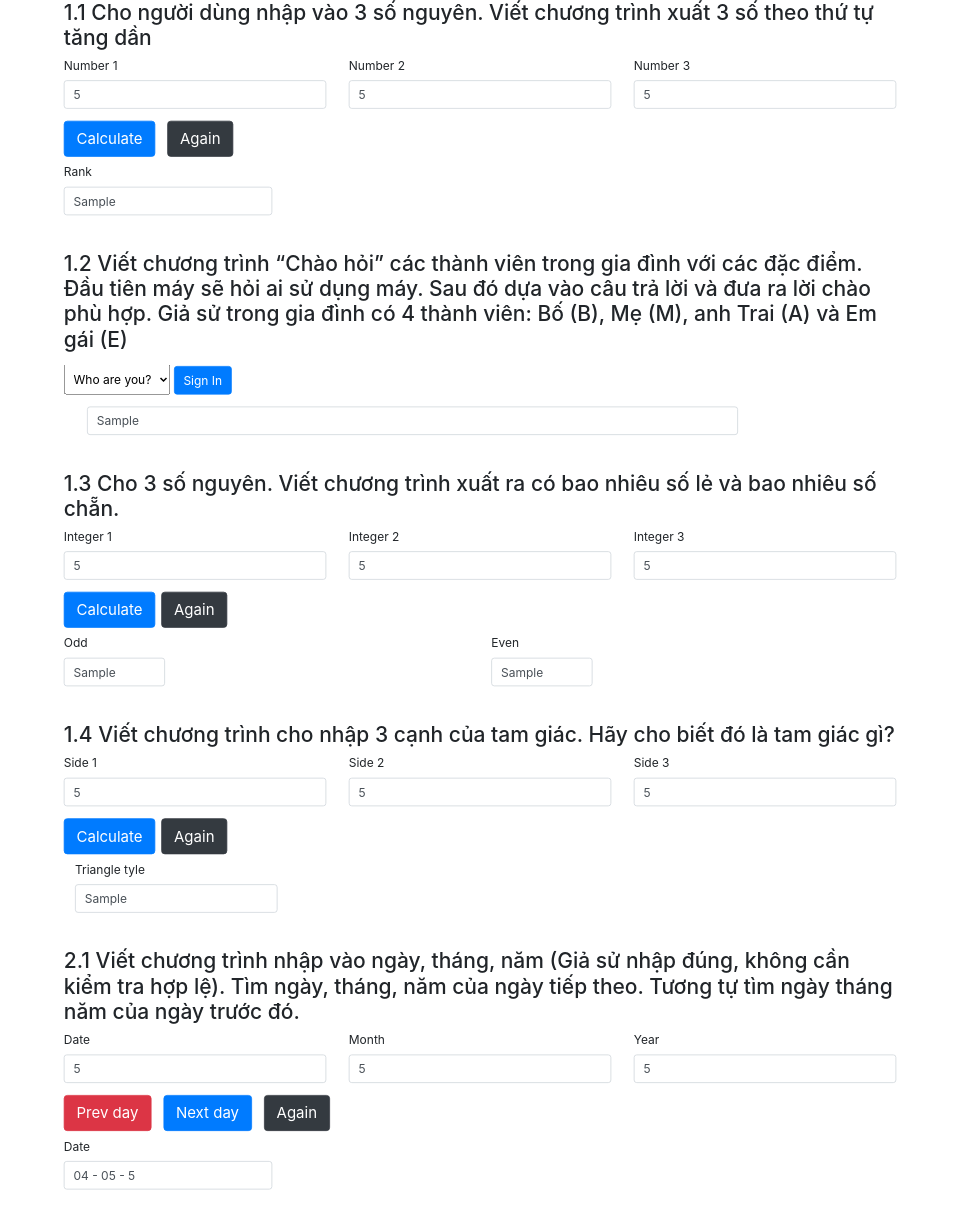
Repository: baobaodeveloper/bootscamp21__jsbasic__HuynhAnhBao
Page: index.html
The author's editor kept a copy of each file at every save. The page is drawn from the files as they stood at one save, then again after the next save.
The browser window is 1280 px wide. The pictures show the whole page, at 75% of full size.
Empty fields were first filled with sample values (such as "Sample", 5 or name@example.com).
After loading, the first visible `button.btn-danger` was clicked once.

Above is the page before, as saved 2022-03-10 22:56:53.

### index.html
<!DOCTYPE html>
<html lang="en">
  <head>
    <title>javaScript basic</title>
    <!-- Required meta tags -->
    <meta charset="utf-8" />
    <meta
      name="viewport"
      content="width=device-width, initial-scale=1, shrink-to-fit=no"
    />

    <!-- Bootstrap CSS -->
    <link
      rel="stylesheet"
      href="https://stackpath.bootstrapcdn.com/bootstrap/4.3.1/css/bootstrap.min.css"
      integrity="sha384-ggOyR0iXCbMQv3Xipma34MD+dH/1fQ784/j6cY/iJTQUOhcWr7x9JvoRxT2MZw1T"
      crossorigin="anonymous"
    />
  </head>
  <body>
    <!-- Cho người dùng nhập vào 3 số nguyên. Viết chương trình xuất 3 số theo thứ tự tăng dần -->
    <div class="container mb-xl-5">
      <h3>
        1.1 Cho người dùng nhập vào 3 số nguyên. Viết chương trình xuất 3 số
        theo thứ tự tăng dần
      </h3>

      <div class="row">
        <div class="col">
          <label class="form-label">Number 1</label>
          <input
            type="number"
            class="form-control num1"
            placeholder="Enter number 1"
          />
        </div>
        <div class="col">
          <label class="form-label">Number 2</label>
          <input
            type="number"
            class="form-control num2"
            placeholder="Enter number 2"
          />
        </div>
        <div class="col">
          <label class="form-label">Number 3</label>
          <input
            type="number"
            class="form-control num3"
            placeholder="Enter number 3"
          />
        </div>
      </div>

      <div class="d-flex">
        <button
          type="button "
          class="btn btn-primary btn-lg mt-3 mb-2 btn-rank mr-3"
        >
          Calculate
        </button>

        <button
          type="button "
          class="btn btn-dark btn-lg mt-3 mb-2 btn-again-rank"
        >
          Again
        </button>
      </div>

      <div class="mt-3 m-auto">
        <label class="form-label">Rank</label>
        <input type="text" class="form-control w-25 result1" />
      </div>
    </div>

    <!-- Viết chương trình “Chào hỏi” các thành viên trong gia đình với các đặc điểm. Đầu tiên máy
    sẽ hỏi ai sử dụng máy. Sau đó dựa vào câu trả lời và đưa ra lời chào phù hợp. Giả sử trong
    gia đình có 4 thành viên: Bố (B), Mẹ (M), anh Trai (A) và Em gái (E) -->
    <div class="container mb-5">
      <h3 class="mb-3">
        1.2 Viết chương trình “Chào hỏi” các thành viên trong gia đình với các
        đặc điểm. Đầu tiên máy sẽ hỏi ai sử dụng máy. Sau đó dựa vào câu trả lời
        và đưa ra lời chào phù hợp. Giả sử trong gia đình có 4 thành viên: Bố
        (B), Mẹ (M), anh Trai (A) và Em gái (E)
      </h3>

      <select class="form-select p-2" aria-label="Default select example">
        <option selected>Who are you?</option>
        <option value="M">M</option>
        <option value="B">B</option>
        <option value="A">A</option>
        <option value="E">E</option>
      </select>

      <button type="button" class="btn btn-primary btn-sign-in">Sign In</button>

      <div class="m-3 row">
        <div class="col-sm-10">
          <input
            type="text"
            class="form-control output-sign-in"
            id="inputPassword"
          />
        </div>
      </div>
    </div>

    <!--  1.3 Cho 3 số nguyên. Viết chương trình xuất ra có bao nhiêu số lẻ và bao nhiêu số chẵn.-->
    <div class="container mb-xl-5">
      <h3>
        1.3 Cho 3 số nguyên. Viết chương trình xuất ra có bao nhiêu số lẻ và bao
        nhiêu số chẵn.
      </h3>

      <div class="row">
        <div class="col">
          <label class="form-label">Integer 1</label>
          <input
            type="number"
            class="form-control integer1"
            placeholder="Enter integer 1"
          />
        </div>
        <div class="col">
          <label class="form-label">Integer 2</label>
          <input
            type="number"
            class="form-control integer2"
            placeholder="Enter integer 2"
          />
        </div>
        <div class="col">
          <label class="form-label">Integer 3</label>
          <input
            type="number"
            class="form-control integer3"
            placeholder="Enter integer 3"
          />
        </div>
      </div>

      <div class="d-flex">
        <button
          type="button"
          class="btn btn-primary btn-lg mt-3 mb-2 btn-integer mr-2"
        >
          Calculate
        </button>

        <button
          type="button "
          class="btn btn-light btn-lg mt-3 mb-2 btn-dark btn-again-integer"
        >
          Again
        </button>
      </div>

      <div class="row">
        <div class="mt-3 m-auto col">
          <label class="form-label">Odd</label>
          <input type="text" class="form-control w-25 outputOdd" />
        </div>
        <div class="mt-3 m-auto col">
          <label class="form-label">Even</label>
          <input type="text" class="form-control w-25 outputEven" />
        </div>
      </div>
    </div>

    <!--Viết chương trình cho nhập 3 cạnh của tam giác. Hãy cho biết đó là tam giác gì?-->

    <div class="container mb-xl-5">
      <h3>
        1.4 Viết chương trình cho nhập 3 cạnh của tam giác. Hãy cho biết đó là
        tam giác gì?
      </h3>

      <div class="row">
        <div class="col">
          <label class="form-label">Side 1</label>
          <input
            type="number"
            class="form-control side1"
            placeholder="Enter side 1"
          />
        </div>
        <div class="col">
          <label class="form-label">Side 2</label>
          <input
            type="number"
            class="form-control side2"
            placeholder="Enter side 2"
          />
        </div>
        <div class="col">
          <label class="form-label">Side 3</label>
          <input
            type="number"
            class="form-control side3"
            placeholder="Enter side 3"
          />
        </div>
      </div>

      <div class="d-flex">
        <button
          type="button"
          class="btn btn-primary btn-lg mt-3 mb-2 mr-2 btn-triangle"
        >
          Calculate
        </button>

        <button
          type="button "
          class="btn btn-light btn-lg mt-3 mb-2 btn-dark btn-again-triangle"
        >
          Again
        </button>
      </div>

      <div class="mt-3 m-auto col">
        <label class="form-label">Triangle tyle</label>
        <input type="text" class="form-control w-25 triangle-type" />
      </div>
    </div>

    <!--Viết chương trình nhập vào ngày, tháng, năm (Giả sử nhập đúng, không cần kiểm tra hợp
  lệ). Tìm ngày, tháng, năm của ngày tiếp theo. Tương tự tìm ngày tháng năm của ngày trước
  đó.  -->

    <div class="container mb-xl-5">
      <h3>
        2.1 Viết chương trình nhập vào ngày, tháng, năm (Giả sử nhập đúng, không
        cần kiểm tra hợp lệ). Tìm ngày, tháng, năm của ngày tiếp theo. Tương tự
        tìm ngày tháng năm của ngày trước đó.
      </h3>

      <div class="row">
        <div class="col">
          <label class="form-label">Date</label>
          <input
            type="number"
            class="form-control date"
            placeholder="Enter date"
          />
        </div>
        <div class="col">
          <label class="form-label">Month</label>
          <input
            type="number"
            class="form-control month"
            placeholder="Enter month"
          />
        </div>
        <div class="col">
          <label class="form-label">Year</label>
          <input
            type="number"
            class="form-control year"
            placeholder="Enter year"
          />
        </div>
      </div>

      <div class="d-flex">
        <button
          type="button "
          class="btn btn-danger btn-lg mt-3 mb-2 btn-prev mr-3"
        >
          Prev day
        </button>
        <button
          type="button "
          class="btn btn-primary btn-lg mt-3 mb-2 btn-next mr-3"
        >
          Next day
        </button>

        <button
          type="button "
          class="btn btn-dark btn-lg mt-3 mb-2 btn-again-date"
        >
          Again
        </button>
      </div>

      <div class="mt-3 m-auto">
        <label class="form-label">Date</label>
        <input type="text" class="form-control w-25 date-text" />
      </div>
    </div>

    <!-- Optional JavaScript -->
    <!-- jQuery first, then Popper.js, then Bootstrap JS -->
    <script
      src="https://code.jquery.com/jquery-3.3.1.slim.min.js"
      integrity="sha384-q8i/X+965DzO0rT7abK41JStQIAqVgRVzpbzo5smXKp4YfRvH+8abtTE1Pi6jizo"
      crossorigin="anonymous"
    ></script>
    <script
      src="https://cdnjs.cloudflare.com/ajax/libs/popper.js/1.14.7/umd/popper.min.js"
      integrity="sha384-UO2eT0CpHqdSJQ6hJty5KVphtPhzWj9WO1clHTMGa3JDZwrnQq4sF86dIHNDz0W1"
      crossorigin="anonymous"
    ></script>
    <script
      src="https://stackpath.bootstrapcdn.com/bootstrap/4.3.1/js/bootstrap.min.js"
      integrity="sha384-JjSmVgyd0p3pXB1rRibZUAYoIIy6OrQ6VrjIEaFf/nJGzIxFDsf4x0xIM+B07jRM"
      crossorigin="anonymous"
    ></script>

    <!-- <script src="exercise1.js"></script> -->
    <!-- <script src="exercise2.js"></script> -->
    <!-- <script src="exercise3.js"></script> -->
    <!-- <script src="exercise4.js"></script> -->
    <script src="exercise5.js"></script>
  </body>
</html>

### exercise5.js
const date = document.querySelector(".date");
const month = document.querySelector(".month");
const year = document.querySelector(".year");
const btnNext = document.querySelector(".btn-next");
const btnAgainDay = document.querySelector(".btn-again-date");
const dateText = document.querySelector(".date-text");
const btnPrev = document.querySelector(".btn-prev");

btnNext.addEventListener("click", () => {
  const dateValue = +date.value;
  const monthValue = +month.value;
  const yearValue = +year.value;

  let dateNext;
  let monthNext;
  let yearNext;

  let dayNext = ``;
  //   Day normal

  if (
    dateValue <= 0 ||
    dateValue > 31 ||
    monthValue <= 0 ||
    monthValue > 12 ||
    yearValue <= 0 ||
    date.value === "" ||
    month.value === "" ||
    year.value === ""
  )
    return (dateText.value = "Invalid");
  dateNext = dateValue + 1;
  monthNext = monthValue;
  yearNext = yearValue;
  //   dayNext = `${dateNext} - ${monthNext} - ${yearNext}`;

  //   Day is 31 dates and month are 1,3,5,7,8,10,12

  if (dateValue === 31) {
    switch (monthValue) {
      case 1:
      case 3:
      case 5:
      case 7:
      case 8:
      case 10:
      case 12:
        dateNext = 1;
        monthNext = monthValue + 1;
        yearNext = yearValue;
        break;
      case 4:
      case 6:
      case 9:
      case 11:
        return (dateText.value = "Invalid");
    }
  }
  // end of the month 12

  if (dateValue === 31 && monthValue === 12) {
    dateNext = 1;
    monthNext = 1;
    yearNext = yearValue + 1;
  }

  //   Day is 30 dates and month are 4,6,9,11

  if (dateValue === 30) {
    switch (monthValue) {
      case 4:
      case 6:
      case 9:
      case 11:
        dateNext = 1;
        monthNext = monthValue + 1;
        yearNext = yearValue;
    }
  }

  //   leap year

  if (dateValue > 29 && yearValue % 4 === 0 && monthValue === 2) {
    return (dateText.value = "Invalid");
  }
  if (dateValue > 28 && yearValue % 4 !== 0 && monthValue === 2) {
    return (dateText.value = "Invalid");
  }

  if (dateValue === 29 && yearValue % 4 === 0 && monthValue === 2) {
    dateNext = 1;
    monthNext = monthValue + 1;
    yearNext = yearValue;
  } else if (monthValue === 2 && yearValue % 4 !== 0 && dateValue === 28) {
    dateNext = 1;
    monthNext = monthValue + 1;
    yearNext = yearValue;
  }

  dayNext = `${dateNext < 10 ? "0" + dateNext : dateNext} - ${
    monthNext < 10 ? "0" + monthNext : monthNext
  } - ${yearNext}`;

  dateText.value = dayNext;
});

btnAgainDay.addEventListener("click", () => {
  dateText.value = "";
  date.value = "";
  month.value = "";
  year.value = "";
});

btnPrev.addEventListener("click", () => {
  const dateValue = +date.value;
  const monthValue = +month.value;
  const yearValue = +year.value;

  let datePrev;
  let monthPrev;
  let yearPrev;

  let dayPrev = ``;
  //   Day normal

  if (
    dateValue <= 0 ||
    dateValue > 31 ||
    monthValue <= 0 ||
    monthValue > 12 ||
    yearValue <= 0 ||
    date.value === "" ||
    month.value === "" ||
    year.value === ""
  )
    return (dateText.value = "Invalid");
  datePrev = dateValue - 1;
  monthPrev = monthValue;
  yearPrev = yearValue;

  //   Day is 31 dates and month are 1,3,5,7,8,10,12

  if (dateValue === 1) {
    switch (monthValue) {
      case 1:
      case 3:
      case 5:
      case 7:
      case 8:
      case 10:
      case 12:
        datePrev = 30;
        monthPrev = monthValue - 1;
        yearPrev = yearValue;
    }
  }

  // end of the month 12

  if (dateValue === 1 && monthValue === 1) {
    datePrev = 31;
    monthPrev = 12;
    yearPrev = yearValue - 1;
  }

  //   Day is 30 dates and month are 4,6,9,11

  if (dateValue === 1) {
    switch (monthValue) {
      case 4:
      case 6:
      case 9:
      case 11:
        datePrev = 31;
        monthPrev = monthValue - 1;
        yearPrev = yearValue;
    }
  }

  if (dateValue === 31) {
    switch (monthValue) {
      case 4:
      case 6:
      case 9:
      case 11:
        return (dateText.value = "Invalid");
    }
  }

  //   leap year

  if (dateValue > 29 && yearValue % 4 === 0 && monthValue === 2) {
    return (dateText.value = "Invalid");
  }
  if (dateValue > 28 && yearValue % 4 !== 0 && monthValue === 2) {
    return (dateText.value = "Invalid");
  }

  if (dateValue === 1 && yearValue % 4 === 0 && monthValue === 3) {
    datePrev = 29;
    monthPrev = monthValue - 1;
    yearPrev = yearValue;
  } else if (monthValue === 3 && yearValue % 4 !== 0 && dateValue === 1) {
    datePrev = 28;
    monthPrev = monthValue - 1;
    yearPrev = yearValue;
  }

  dayPrev = `${datePrev < 10 ? "0" + datePrev : datePrev} - ${
    monthPrev < 10 ? "0" + monthPrev : monthPrev
  } - ${yearPrev}`;

  dateText.value = dayPrev;
});

After the next save:
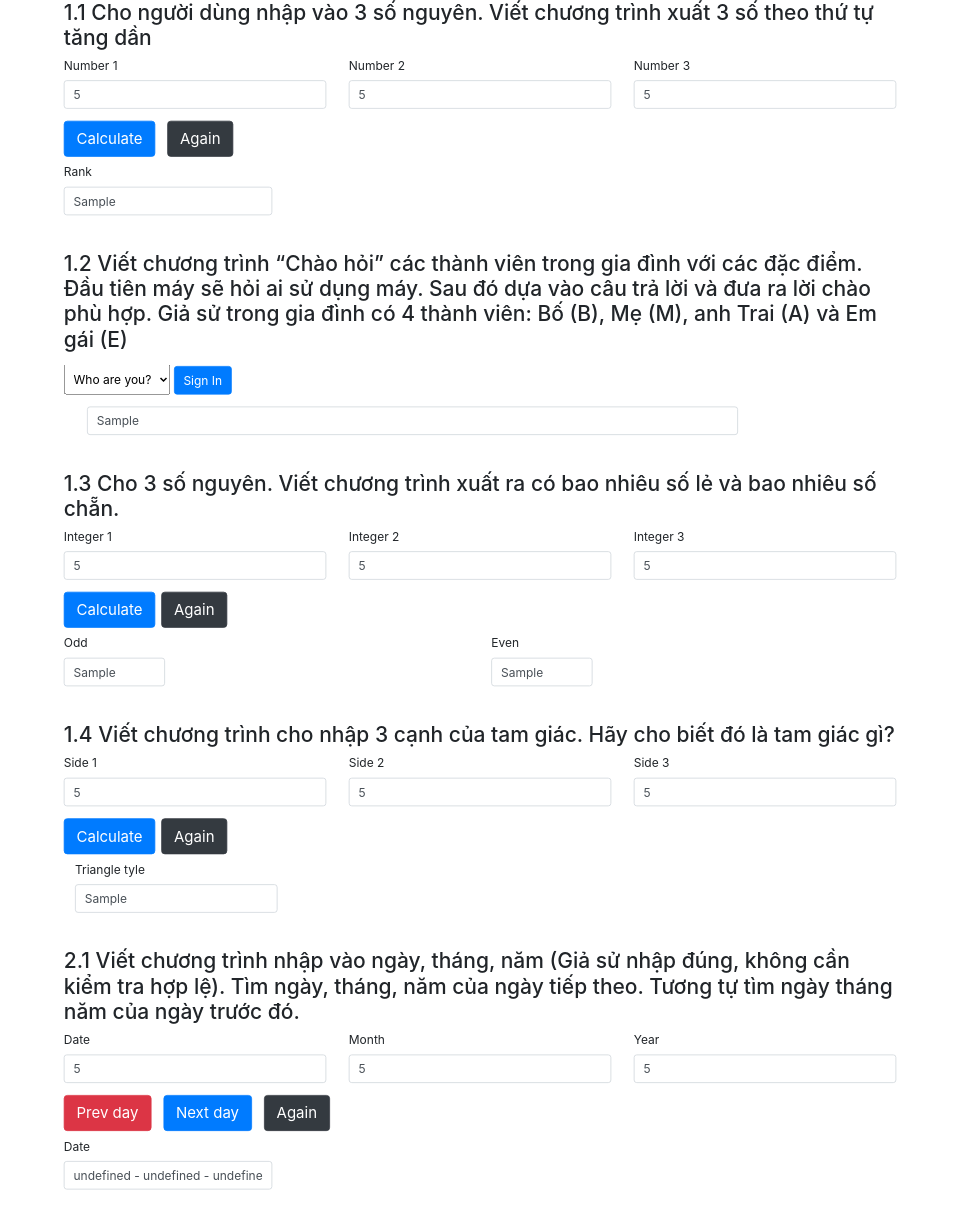
Saved 70 s later.
--- a/exercise5.js
+++ b/exercise5.js
@@ -134,9 +134,6 @@ btnPrev.addEventListener("click", () => {
     year.value === ""
   )
     return (dateText.value = "Invalid");
-  datePrev = dateValue - 1;
-  monthPrev = monthValue;
-  yearPrev = yearValue;
 
   //   Day is 31 dates and month are 1,3,5,7,8,10,12
 

After the save that followed:
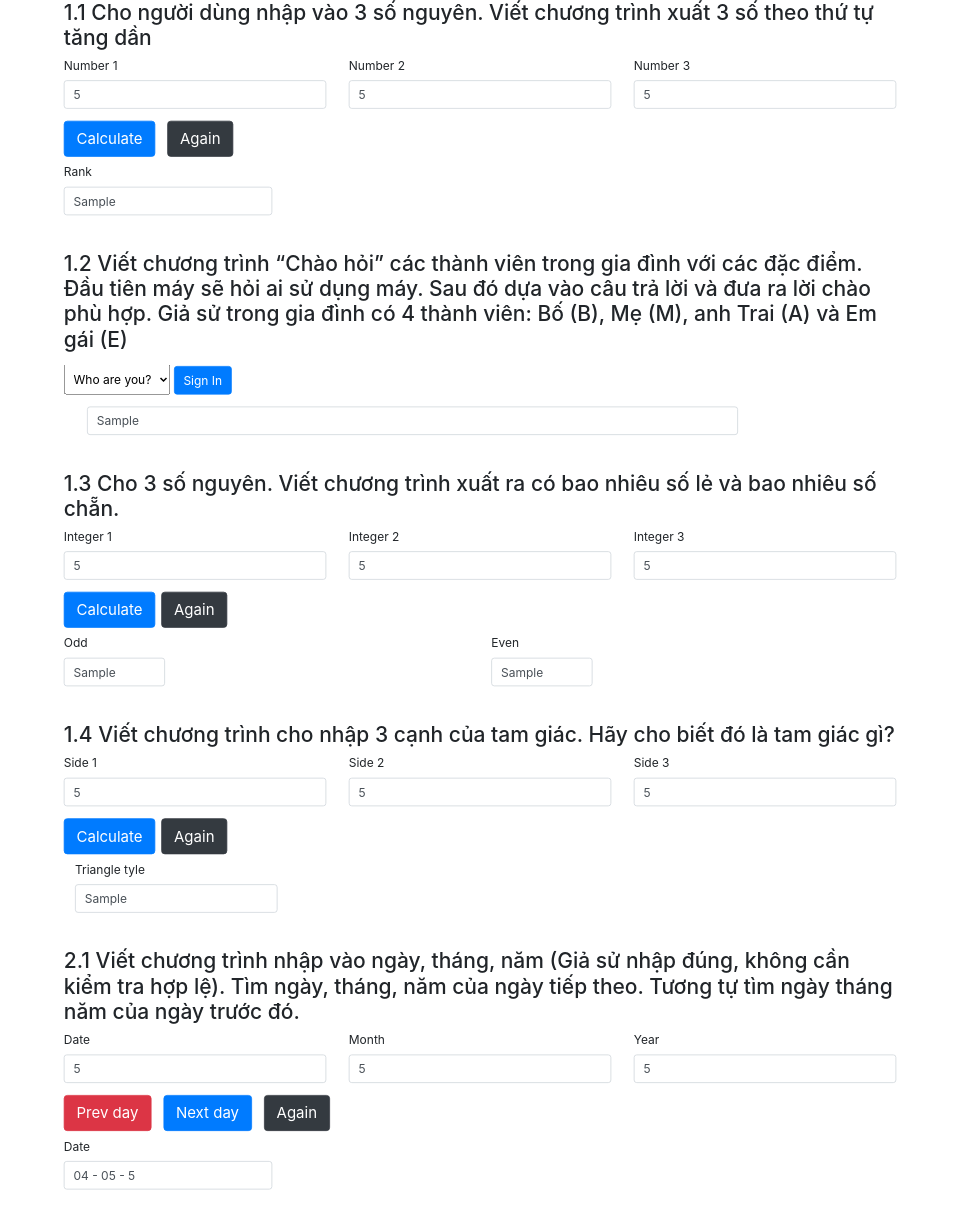
Saved 40 s later.
--- a/exercise5.js
+++ b/exercise5.js
@@ -134,6 +134,9 @@ btnPrev.addEventListener("click", () => {
     year.value === ""
   )
     return (dateText.value = "Invalid");
+  datePrev = dateValue - 1;
+  monthPrev = monthValue;
+  yearPrev = yearValue;
 
   //   Day is 31 dates and month are 1,3,5,7,8,10,12
 
